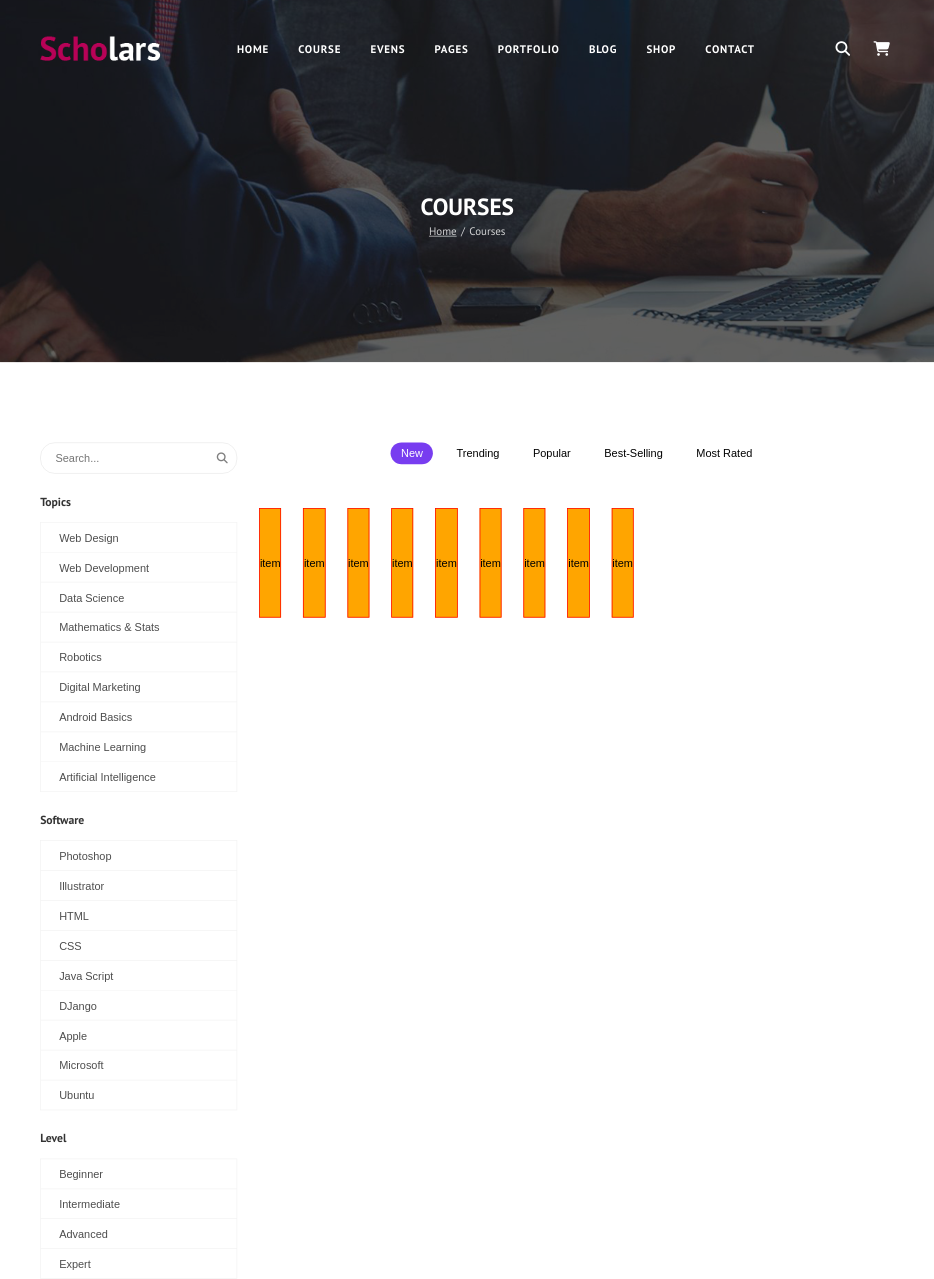
Repository: lannguyen1301/f8-zoom-day-7
Page: index.html
The author's editor kept a copy of each file at every save. The page is drawn from the files as they stood at one save, then again after the next save.
The browser window is 1280 px wide. The pictures show the whole page, at 73% of full size.
Some web fonts or font styles are not loaded; a fallback is used.

Above is the page before, as saved 2025-04-25 00:08:09.

After the next save:
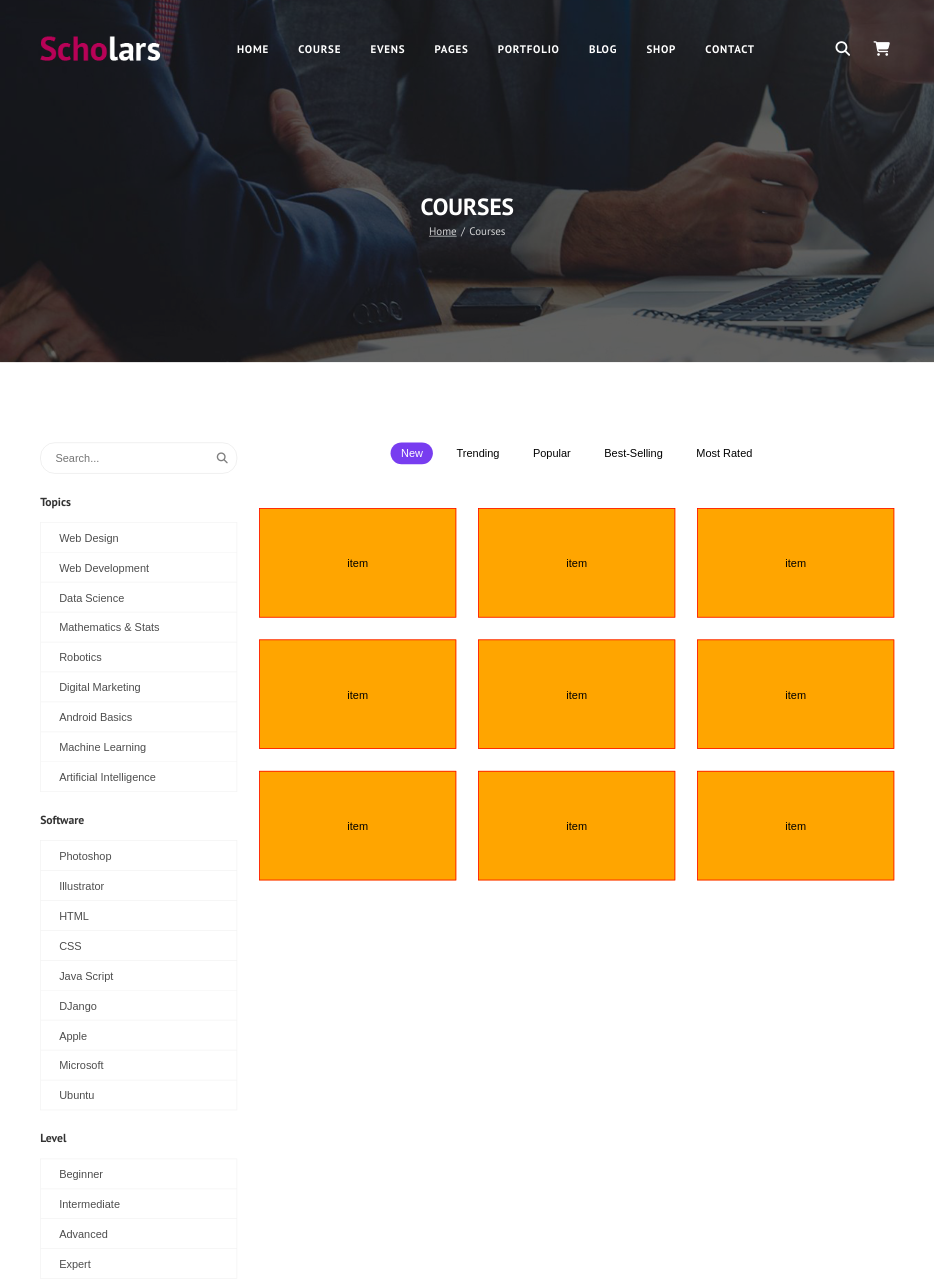
Saved 21 s later.
--- a/assets/css/style.css
+++ b/assets/css/style.css
@@ -257,7 +257,7 @@ ul.menu li + li {
     display: flex;
     align-items: center;
     justify-content: center;
-    width: calc(100% - var(--column) - var(--spacing));
+    width: calc(100% / var(--column) - var(--spacing));
     min-height: 150px;
     margin-left: var(--spacing);
     background: orange;
